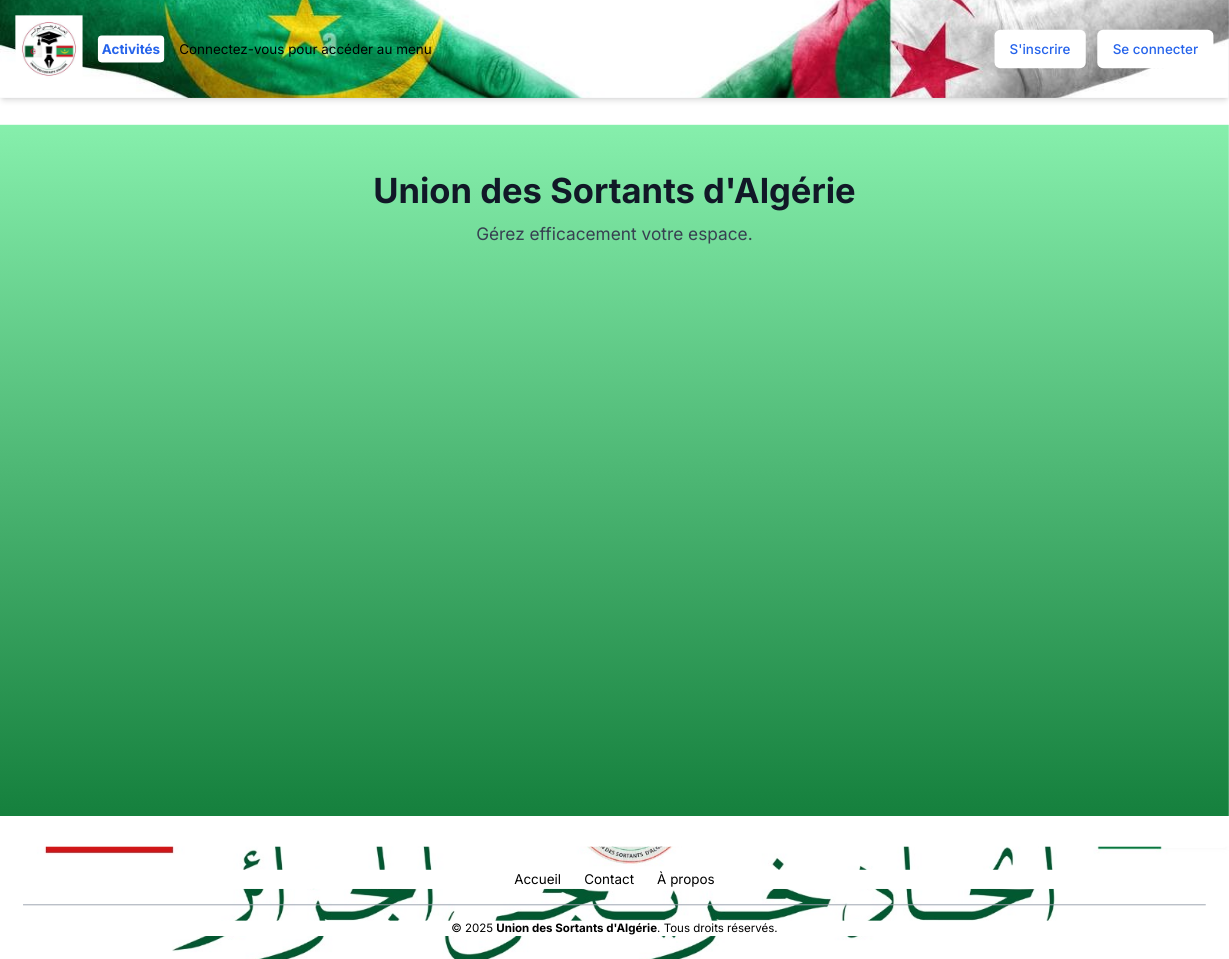
Repository: lamatmed/usa
Page: /dashboard/espace-user
These files come from the project's save history. The page is drawn as it stood at one moment and after the next save; the edit follows.
The browser window is 1280 px wide. The pictures show the whole page, at 96% of full size.
The project was rebuilt for these pictures with package versions that can differ from the ones it lists, and the page was loaded fresh each time. The framework's server and built-in components were replaced by stand-ins that run in the browser. Also part of the build but not shown: next.config.js, components/ui/dropdown-menu.tsx, components/ui/card.tsx.

Above is the page before, as saved 2025-04-13 15:57:51.

### app/layout.tsx
import "./globals.css";
import type { Metadata } from "next";
import { Inter } from "next/font/google";
import { AuthProvider } from "@/components/AuthContext";
import NavBar from "@/components/NavBar";
import { Toaster } from "@/components/ui/toaster";
import Footer from "@/components/Footer";

const inter = Inter({ subsets: ["latin"] });

export const metadata: Metadata = {
  title: "Union des Sortants  d'Algérie",
  description: "Application",
  icons: "/R.png",
};

export default function RootLayout({
  children,
}: {
  children: React.ReactNode;
}) {
  return (
    <html lang="fr" className={inter.className} suppressHydrationWarning>
      <body className="flex flex-col min-h-screen">
        <AuthProvider>
          <NavBar />
          <main className="flex-grow mt-7">{children}</main>
          <Footer />
        </AuthProvider>
        <Toaster /> {/* Placer Toaster en dehors d'AuthProvider pour éviter sa réinitialisation */}
      </body>
    </html>
  );
}

### app/dashboard/espace-user/page.tsx
"use client";

import { motion } from "framer-motion";
import { Button } from "@/components/ui/button";
import {
  Card,
  CardContent,
  CardDescription,
  CardHeader,
  CardTitle,
} from "@/components/ui/card";
import { ComputerIcon, IdCard, Users } from "lucide-react";
import Link from "next/link";
import { useContext } from "react";
import { AuthContext } from "@/components/AuthContext";
import { FaRegUser, FaVoteYea } from "react-icons/fa";

export default function Home() {
  const { user } = useContext(AuthContext) ?? {};
  return (
    <main className="min-h-screen bg-gradient-to-b from-green-300 to-green-700 dark:from-gray-900 dark:to-gray-800 flex flex-col">
      <div className="container mx-auto px-4 py-12 flex-1">
        <motion.div
          initial={{ opacity: 0, y: -20 }}
          animate={{ opacity: 1, y: 0 }}
          transition={{ duration: 0.6 }}
          className="text-center mb-12"
        >
          <h1 className="text-4xl font-bold text-gray-900 dark:text-white mb-3">
            Union des Sortants d&apos;Algérie
          </h1>
          <p className="text-lg text-gray-700 dark:text-gray-300">
            Gérez efficacement votre espace.
          </p>
        </motion.div>

        {/* Grid Responsive */}
        <div className="grid grid-cols-1 sm:grid-cols-2 md:grid-cols-3 lg:grid-cols-4 gap-6">
          {user && (
            <>
              <motion.div whileHover={{ scale: 1.05 }}>
                <Card className="hover:shadow-lg transition-shadow">
                  <CardHeader>
                    <CardTitle className="flex items-center gap-2">
                      <FaRegUser className="h-6 w-6" />
                      Modifier le profil
                    </CardTitle>
                    <CardDescription>Gérer mon profil</CardDescription>
                  </CardHeader>
                  <CardContent>
                    <Button asChild className="w-full">
                      <Link href="/dashboard/espace-user/update">Accéder</Link>
                    </Button>
                  </CardContent>
                </Card>
              </motion.div>

              <motion.div whileHover={{ scale: 1.05 }}>
                <Card className="hover:shadow-lg transition-shadow">
                  <CardHeader>
                    <CardTitle className="flex items-center gap-2">
                      <FaVoteYea className="h-6 w-6" />
                      Eléctions du Bureau
                    </CardTitle>
                    <CardDescription>Voter aux élections </CardDescription>
                  </CardHeader>
                  <CardContent>
                    <Button asChild className="w-full">
                      <Link href="/dashboard/espace-user/votes">Accéder</Link>
                    </Button>
                  </CardContent>
                </Card>
              </motion.div>

              <motion.div whileHover={{ scale: 1.05 }}>
                <Card className="hover:shadow-lg transition-shadow">
                  <CardHeader>
                    <CardTitle className="flex items-center gap-2">

                      <IdCard className="h-6 w-6"  />
                      Carte de Membre
                    </CardTitle>
                    <CardDescription>Votre carte  </CardDescription>
                  </CardHeader>
                  <CardContent>
                    <Button asChild className="w-full">
                      <Link href="/dashboard/espace-user/carte">Accéder</Link>
                    </Button>
                  </CardContent>
                </Card>
              </motion.div>
            </>
          )}
        </div>
      </div>
    </main>
  );
}

### components/AuthContext.tsx
"use client";

import { createContext, useState, useEffect, useCallback } from "react";

interface User {
  nni: string;
  id: string;
  name: string;
  role: string;
  photo: string| undefined;
  address: string| undefined;
  job:  string| undefined;
  domain : string| undefined;
  cv: string| undefined
}

interface AuthContextType {
  user: User | null;
  isAuthenticated: boolean;
  login: (token: string) => void;
  logout: () => void;
}

export const AuthContext = createContext<AuthContextType | null>(null);

export function AuthProvider({ children }: { children: React.ReactNode }) {
  const [user, setUser] = useState<User | null>(null);
  const [isAuthenticated, setIsAuthenticated] = useState(false);

  // ✅ `fetchUser` est maintenant stable grâce à `useCallback`
  const fetchUser = useCallback((token: string) => {
    console.log("🔍 Envoi du token pour récupération de l'utilisateur...");

    fetch("/api/me", {
      headers: { Authorization: `Bearer ${token}` },
    })
      .then((res) => res.json())
      .then((data) => {
        console.log("🔍 Réponse API:", data);
        if (data.user) {
          setUser(data.user);
          setIsAuthenticated(true);
        } else {
          throw new Error("Utilisateur non trouvé");
        }
      })
      .catch((error) => {
        console.log("❌ Erreur lors de la récupération de l'utilisateur:", error);
        logout(); // Un seul appel ici
      });
  }, []);


  useEffect(() => {
    const token = localStorage.getItem("token");
    if (token) {
      fetchUser(token); // ✅ Plus de warning
    }
  }, [fetchUser]); // ✅ fetchUser est maintenant stable

  function login(token: string) {
    console.log("✅ Connexion réussie, stockage du token...");
    localStorage.setItem("token", token);
    fetchUser(token);
  }

  function logout() {
    console.log("🚪 Déconnexion, suppression du token...");
    localStorage.removeItem("token");
    setUser(null);
    setIsAuthenticated(false);
  }

  return (
    <AuthContext.Provider value={{ user, isAuthenticated, login, logout }}>
      {children}
    </AuthContext.Provider>
  );
}

### components/ui/toaster.tsx
'use client';

import { useToast } from '@/hooks/use-toast';
import {
  Toast,
  ToastClose,
  ToastDescription,
  ToastProvider,
  ToastTitle,
  ToastViewport,
} from '@/components/ui/toast';

export function Toaster() {
  const { toasts } = useToast();

  return (
    <ToastProvider>
      {toasts.map(function ({ id, title, description, action, ...props }) {
        return (
          <Toast key={id} {...props}>
            <div className="grid gap-1">
              {title && <ToastTitle>{title}</ToastTitle>}
              {description && (
                <ToastDescription>{description}</ToastDescription>
              )}
            </div>
            {action}
            <ToastClose />
          </Toast>
        );
      })}
      <ToastViewport />
    </ToastProvider>
  );
}

### components/Footer.tsx
"use client";

import Link from "next/link";
import { motion } from "framer-motion";

const Footer = () => {
  return (
    <motion.footer
      initial={{ opacity: 0, y: 20 }}
      animate={{ opacity: 1, y: 0 }}
      transition={{ duration: 0.6 }}
      className="w-full py-6 bg-gradient-to-r from-gray-900 to-gray-700 text-white shadow-md mt-8"
      style={{
        backgroundImage: "url('/uda.jpg')", // Remplace par ton image
        backgroundSize: "cover",
        backgroundPosition: "center",
      }}
    >
      <div className="container mx-auto px-6 max-w-7xl text-center">
        {/* Liens rapides */}
        <nav className="mb-4 flex justify-center space-x-6 bg-white text-black">
          <Link href="/" className="text-sm hover:bg-blue-400 transition ">
            Accueil
          </Link>
          <Link
            href="/contact"
            className="text-sm hover:text-blue-900transition hover:bg-blue-400 "
          >
            Contact
          </Link>
          <Link
            href="/about"
            className="text-sm hover:bg-blue-400 transition"
          >
            À propos
          </Link>
        </nav>

        {/* Copyright */}
        <div className="border-t border-gray-400 pt-4 text-center px-2 sm:px-4">
          <p className="text-[10px] sm:text-xs text-black whitespace-nowrap bg-white">
            © {new Date().getFullYear()}{" "}
            <span className="font-bold">Union des Sortants d&apos;Algérie</span>
            . Tous droits réservés.
          </p>
        </div>
      </div>
    </motion.footer>
  );
};

export default Footer;

### components/ui/button.tsx
import * as React from 'react';
import { Slot } from '@radix-ui/react-slot';
import { cva, type VariantProps } from 'class-variance-authority';

import { cn } from '@/lib/utils';

const buttonVariants = cva(
  'inline-flex items-center justify-center whitespace-nowrap rounded-md text-sm font-medium ring-offset-background transition-colors focus-visible:outline-none focus-visible:ring-2 focus-visible:ring-ring focus-visible:ring-offset-2 disabled:pointer-events-none disabled:opacity-50',
  {
    variants: {
      variant: {
        default: 'bg-primary text-primary-foreground hover:bg-primary/90',
        destructive:
          'bg-destructive text-destructive-foreground hover:bg-destructive/90',
        outline:
          'border border-input bg-background hover:bg-accent hover:text-accent-foreground',
        secondary:
          'bg-secondary text-secondary-foreground hover:bg-secondary/80',
        ghost: 'hover:bg-accent hover:text-accent-foreground',
        link: 'text-primary underline-offset-4 hover:underline',
      },
      size: {
        default: 'h-10 px-4 py-2',
        sm: 'h-9 rounded-md px-3',
        lg: 'h-11 rounded-md px-8',
        icon: 'h-10 w-10',
      },
    },
    defaultVariants: {
      variant: 'default',
      size: 'default',
    },
  }
);

export interface ButtonProps
  extends React.ButtonHTMLAttributes<HTMLButtonElement>,
    VariantProps<typeof buttonVariants> {
  asChild?: boolean;
}

const Button = React.forwardRef<HTMLButtonElement, ButtonProps>(
  ({ className, variant, size, asChild = false, ...props }, ref) => {
    const Comp = asChild ? Slot : 'button';
    return (
      <Comp
        className={cn(buttonVariants({ variant, size, className }))}
        ref={ref}
        {...props}
      />
    );
  }
);
Button.displayName = 'Button';

export { Button, buttonVariants };

### components/main-nav.tsx
"use client"

import Link from "next/link"
import { usePathname } from "next/navigation"
import { useContext } from "react"
import { AuthContext } from "@/components/AuthContext"
import { cn } from "@/lib/utils"
import {
  Users,
  Clipboard,
  ComputerIcon ,
  LayoutDashboard,
  NotebookPen
} from "lucide-react"

type NavigationItem = {
  name: string;
  href: string;
  icon: React.ComponentType<any>;
}

type Navigation = {
  ADMIN: NavigationItem[];
  USER: NavigationItem[];

}

const navigation: Navigation = {
  ADMIN: [
    { name: "Tableau de bord", href: "/dashboard", icon: LayoutDashboard },

    { name: "Mon espace", href: "/dashboard/espace-user", icon: ComputerIcon},
    { name: "Membres", href: "/dashboard/users", icon: Users },
    { name: "Election", href: "/dashboard/config-vote", icon: Clipboard },
    { name: "Activités", href: "/activites/config", icon: NotebookPen },
  ],
  USER: [
    { name: "Tableau de bord", href: "/dashboard", icon: LayoutDashboard },
    { name: "Mon espace", href: "/dashboard/espace-user", icon: Users },

  ],

}

export function MainNav() {
  const pathname = usePathname()
  const { user, isAuthenticated } = useContext(AuthContext)!;

  // Vérifier le rôle de l'utilisateur
  const userRole = user?.role || "USER";
  const allowedNavigation = navigation[userRole as keyof Navigation] || navigation.USER;

  return (
    <nav className="flex flex-col md:flex-row items-center md:space-x-6 space-y-2 md:space-y-0">
      {isAuthenticated && user ? (
        allowedNavigation.map((item) => {
          const Icon = item.icon
          const isActive = pathname === item.href

          return (
            <Link
              key={item.href}
              href={item.href}
              className={cn(
                "flex items-center text-sm font-medium transition-colors duration-200 px-4 py-2 rounded-lg w-full md:w-auto",
                isActive
                  ? "text-blue-600 bg-gray-100 md:border-b-2 border-blue-600"
                  : "text-gray-700 bg-white hover:text-blue-500 hover:bg-gray-100"
              )}
            >
              <Icon className="mr-2 h-5 w-5 text-orange-500" />
              {item.name}
            </Link>
          )
        })
      ) : (
        <span className="text-black text-sm">Connectez-vous pour accéder au menu</span>
      )}
    </nav>
  )
}

### hooks/use-toast.ts
'use client';

import { ToastActionElement, ToastProps } from '@/components/ui/toast';
// Inspired by react-hot-toast library
import * as React from 'react';



const TOAST_LIMIT = 1;
const TOAST_REMOVE_DELAY = 1000000;

type ToasterToast = ToastProps& {
  id: string;
  title?: React.ReactNode;
  description?: React.ReactNode;
  action?: ToastActionElement;
};

const actionTypes = {
  ADD_TOAST: 'ADD_TOAST',
  UPDATE_TOAST: 'UPDATE_TOAST',
  DISMISS_TOAST: 'DISMISS_TOAST',
  REMOVE_TOAST: 'REMOVE_TOAST',
} as const;

let count = 0;

function genId() {
  count = (count + 1) % Number.MAX_SAFE_INTEGER;
  return count.toString();
}

type ActionType = typeof actionTypes;

type Action =
  | {
      type: ActionType['ADD_TOAST'];
      toast: ToasterToast;
    }
  | {
      type: ActionType['UPDATE_TOAST'];
      toast: Partial<ToasterToast>;
    }
  | {
      type: ActionType['DISMISS_TOAST'];
      toastId?: ToasterToast['id'];
    }
  | {
      type: ActionType['REMOVE_TOAST'];
      toastId?: ToasterToast['id'];
    };

interface State {
  toasts: ToasterToast[];
}

const toastTimeouts = new Map<string, ReturnType<typeof setTimeout>>();

const addToRemoveQueue = (toastId: string) => {
  if (toastTimeouts.has(toastId)) {
    return;
  }

  const timeout = setTimeout(() => {
    toastTimeouts.delete(toastId);
    dispatch({
      type: 'REMOVE_TOAST',
      toastId: toastId,
    });
  }, TOAST_REMOVE_DELAY);

  toastTimeouts.set(toastId, timeout);
};

export const reducer = (state: State, action: Action): State => {
  switch (action.type) {
    case 'ADD_TOAST':
      return {
        ...state,
        toasts: [action.toast, ...state.toasts].slice(0, TOAST_LIMIT),
      };

    case 'UPDATE_TOAST':
      return {
        ...state,
        toasts: state.toasts.map((t) =>
          t.id === action.toast.id ? { ...t, ...action.toast } : t
        ),
      };

    case 'DISMISS_TOAST': {
      const { toastId } = action;

      // ! Side effects ! - This could be extracted into a dismissToast() action,
      // but I'll keep it here for simplicity
      if (toastId) {
        addToRemoveQueue(toastId);
      } else {
        state.toasts.forEach((toast) => {
          addToRemoveQueue(toast.id);
        });
      }

      return {
        ...state,
        toasts: state.toasts.map((t) =>
          t.id === toastId || toastId === undefined
            ? {
                ...t,
                open: false,
              }
            : t
        ),
      };
    }
    case 'REMOVE_TOAST':
      if (action.toastId === undefined) {
        return {
          ...state,
          toasts: [],
        };
      }
      return {
        ...state,
        toasts: state.toasts.filter((t) => t.id !== action.toastId),
      };
  }
};

const listeners: Array<(state: State) => void> = [];

let memoryState: State = { toasts: [] };

function dispatch(action: Action) {
  memoryState = reducer(memoryState, action);
  listeners.forEach((listener) => {
    listener(memoryState);
  });
}

type Toast = Omit<ToasterToast, 'id'>;

function toast({ ...props }: Toast) {
  const id = genId();

  const update = (props: ToasterToast) =>
    dispatch({
      type: 'UPDATE_TOAST',
      toast: { ...props, id },
    });
  const dismiss = () => dispatch({ type: 'DISMISS_TOAST', toastId: id });

  dispatch({
    type: 'ADD_TOAST',
    toast: {
      ...props,
      id,
      open: true,
      onOpenChange: (open) => {
        if (!open) dismiss();
      },
    },
  });

  return {
    id: id,
    dismiss,
    update,
  };
}

function useToast() {
  const [state, setState] = React.useState<State>(memoryState);

  React.useEffect(() => {
    listeners.push(setState);
    return () => {
      const index = listeners.indexOf(setState);
      if (index > -1) {
        listeners.splice(index, 1);
      }
    };
  }, [state]);

  return {
    ...state,
    toast,
    dismiss: (toastId?: string) => dispatch({ type: 'DISMISS_TOAST', toastId }),
  };
}

export { useToast, toast };

Loaded but not shown: app/globals.css (common file); lib/utils.ts (common file); tailwind.config.ts (common file); components/NavBar.tsx (165 lines, source omitted); components/ui/toast.tsx (129 lines, source omitted)

After the next save:
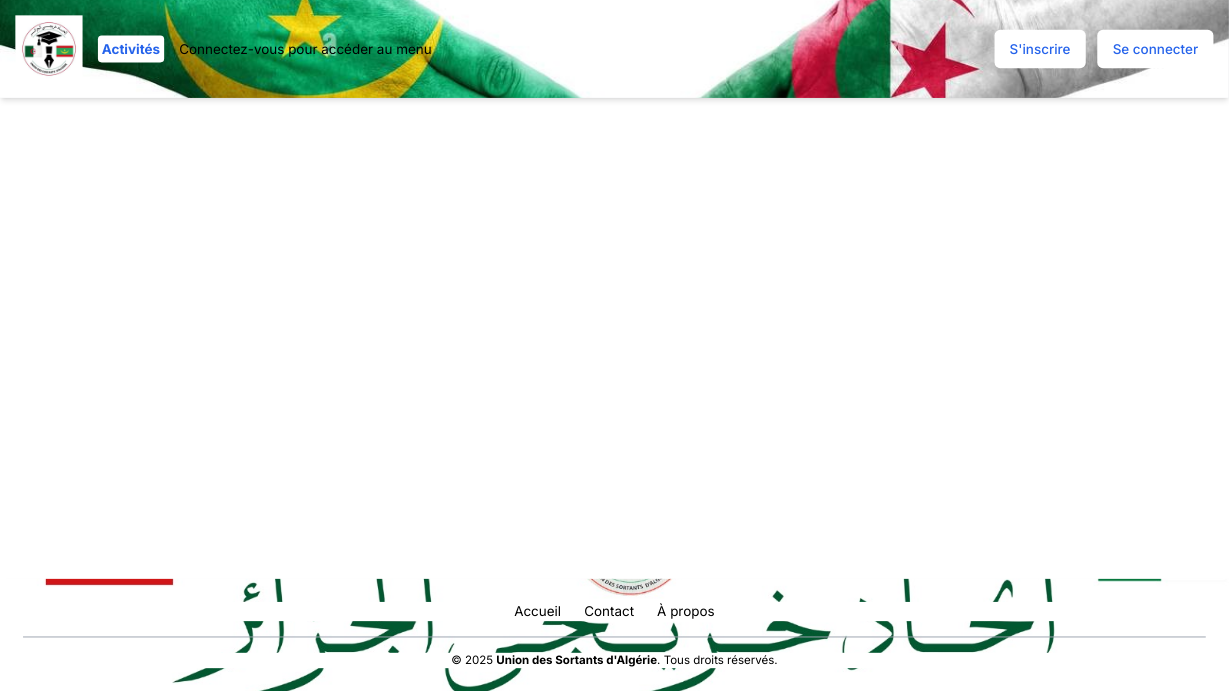
Saved 112 s later.
--- a/app/dashboard/espace-user/page.tsx
+++ b/app/dashboard/espace-user/page.tsx
@@ -9,7 +9,7 @@
   CardHeader,
   CardTitle,
 } from "@/components/ui/card";
-import { ComputerIcon, IdCard, Users } from "lucide-react";
+import { ComputerIcon, IdCard } from "lucide-react";
 import Link from "next/link";
 import { useContext } from "react";
 import { AuthContext } from "@/components/AuthContext";
@@ -17,9 +17,12 @@
 
 export default function Home() {
   const { user } = useContext(AuthContext) ?? {};
+
+  if (!user) return null;
+
   return (
     <main className="min-h-screen bg-gradient-to-b from-green-300 to-green-700 dark:from-gray-900 dark:to-gray-800 flex flex-col">
-      <div className="container mx-auto px-4 py-12 flex-1">
+      <div className="container mx-auto px-4 py-12 pb-24 flex-1">
         <motion.div
           initial={{ opacity: 0, y: -20 }}
           animate={{ opacity: 1, y: 0 }}
@@ -30,67 +33,62 @@
             Union des Sortants d&apos;Algérie
           </h1>
           <p className="text-lg text-gray-700 dark:text-gray-300">
-            Gérez efficacement votre espace.
+            Bienvenue <span className="font-semibold">{user.name}</span> 👋, gérez efficacement votre espace.
           </p>
         </motion.div>
 
         {/* Grid Responsive */}
         <div className="grid grid-cols-1 sm:grid-cols-2 md:grid-cols-3 lg:grid-cols-4 gap-6">
-          {user && (
-            <>
-              <motion.div whileHover={{ scale: 1.05 }}>
-                <Card className="hover:shadow-lg transition-shadow">
-                  <CardHeader>
-                    <CardTitle className="flex items-center gap-2">
-                      <FaRegUser className="h-6 w-6" />
-                      Modifier le profil
-                    </CardTitle>
-                    <CardDescription>Gérer mon profil</CardDescription>
-                  </CardHeader>
-                  <CardContent>
-                    <Button asChild className="w-full">
-                      <Link href="/dashboard/espace-user/update">Accéder</Link>
-                    </Button>
-                  </CardContent>
-                </Card>
-              </motion.div>
+          <motion.div whileHover={{ scale: 1.05 }} className="transition-transform">
+            <Card className="hover:shadow-2xl hover:ring-2 hover:ring-blue-400 dark:hover:ring-blue-600 transition-shadow rounded-2xl">
+              <CardHeader>
+                <CardTitle className="flex items-center gap-2">
+                  <FaRegUser className="h-6 w-6 text-blue-500" />
+                  Modifier le profil
+                </CardTitle>
+                <CardDescription>Gérer mon profil</CardDescription>
+              </CardHeader>
+              <CardContent>
+                <Button asChild className="w-full">
+                  <Link href="/dashboard/espace-user/update">Accéder</Link>
+                </Button>
+              </CardContent>
+            </Card>
+          </motion.div>
 
-              <motion.div whileHover={{ scale: 1.05 }}>
-                <Card className="hover:shadow-lg transition-shadow">
-                  <CardHeader>
-                    <CardTitle className="flex items-center gap-2">
-                      <FaVoteYea className="h-6 w-6" />
-                      Eléctions du Bureau
-                    </CardTitle>
-                    <CardDescription>Voter aux élections </CardDescription>
-                  </CardHeader>
-                  <CardContent>
-                    <Button asChild className="w-full">
-                      <Link href="/dashboard/espace-user/votes">Accéder</Link>
-                    </Button>
-                  </CardContent>
-                </Card>
-              </motion.div>
+          <motion.div whileHover={{ scale: 1.05 }} className="transition-transform">
+            <Card className="hover:shadow-2xl hover:ring-2 hover:ring-green-400 dark:hover:ring-green-600 transition-shadow rounded-2xl">
+              <CardHeader>
+                <CardTitle className="flex items-center gap-2">
+                  <FaVoteYea className="h-6 w-6 text-green-500" />
+                  Élections du Bureau
+                </CardTitle>
+                <CardDescription>Voter aux élections</CardDescription>
+              </CardHeader>
+              <CardContent>
+                <Button asChild className="w-full">
+                  <Link href="/dashboard/espace-user/votes">Accéder</Link>
+                </Button>
+              </CardContent>
+            </Card>
+          </motion.div>
 
-              <motion.div whileHover={{ scale: 1.05 }}>
-                <Card className="hover:shadow-lg transition-shadow">
-                  <CardHeader>
-                    <CardTitle className="flex items-center gap-2">
-
-                      <IdCard className="h-6 w-6"  />
-                      Carte de Membre
-                    </CardTitle>
-                    <CardDescription>Votre carte  </CardDescription>
-                  </CardHeader>
-                  <CardContent>
-                    <Button asChild className="w-full">
-                      <Link href="/dashboard/espace-user/carte">Accéder</Link>
-                    </Button>
-                  </CardContent>
-                </Card>
-              </motion.div>
-            </>
-          )}
+          <motion.div whileHover={{ scale: 1.05 }} className="transition-transform">
+            <Card className="hover:shadow-2xl hover:ring-2 hover:ring-purple-400 dark:hover:ring-purple-600 transition-shadow rounded-2xl">
+              <CardHeader>
+                <CardTitle className="flex items-center gap-2">
+                  <IdCard className="h-6 w-6 text-purple-500" />
+                  Carte de Membre
+                </CardTitle>
+                <CardDescription>Votre carte</CardDescription>
+              </CardHeader>
+              <CardContent>
+                <Button asChild className="w-full">
+                  <Link href="/dashboard/espace-user/carte">Accéder</Link>
+                </Button>
+              </CardContent>
+            </Card>
+          </motion.div>
         </div>
       </div>
     </main>
